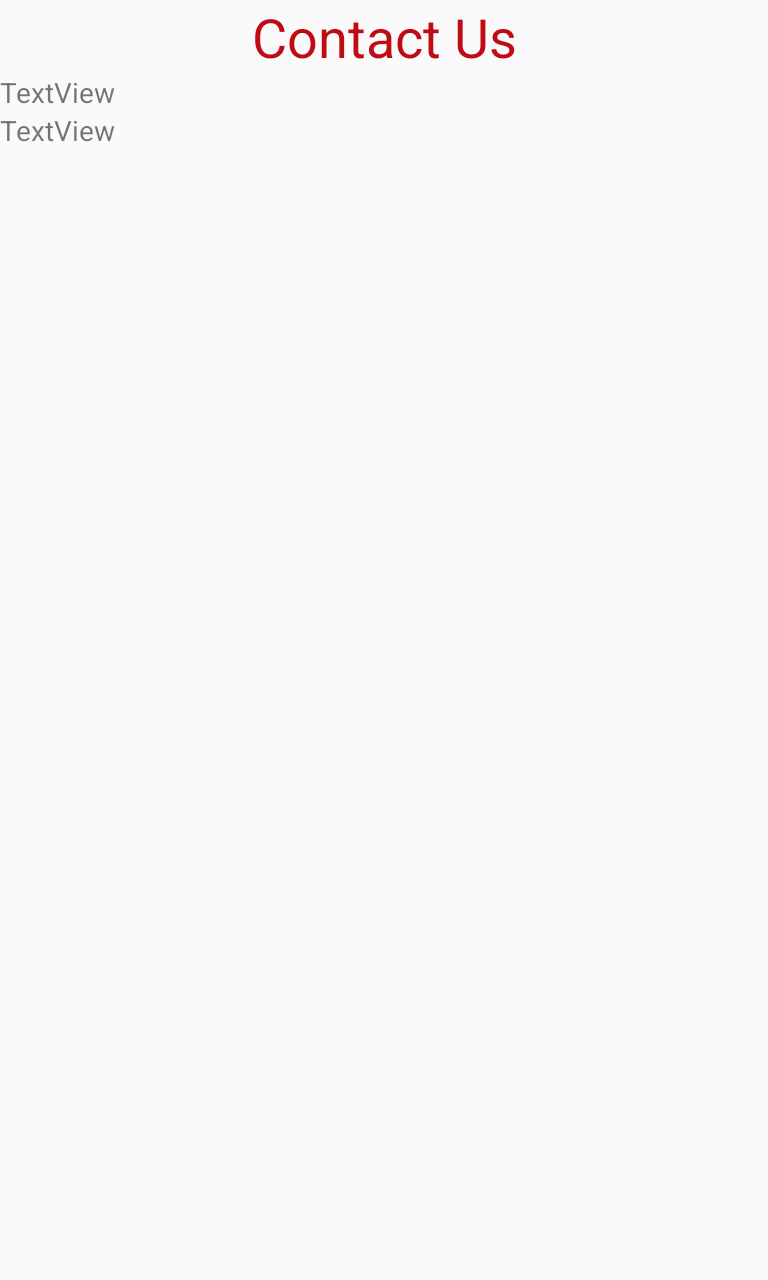
Repository: adarshnair13/message
Layout: myproject/res/layout/adarsh4.xml
An editor plug-in stored every save of this project. The layout is shown before and after the next save, followed by the edit.
It is drawn on a 768 x 1280 px phone screen (xhdpi) without system bars, with theme AppTheme; the app's code is not run.

Above is the layout before, as saved 2015-04-17 07:27:08.

### myproject/res/layout/adarsh4.xml
<?xml version="1.0" encoding="utf-8"?>
<LinearLayout xmlns:android="http://schemas.android.com/apk/res/android"
    android:layout_width="match_parent"
    android:layout_height="match_parent"
    android:orientation="vertical" >

    <TextView
        android:id="@+id/textView1"
        android:layout_width="match_parent"
        android:layout_height="wrap_content"
        android:text="Contact Us"
          android:gravity="center"
        android:textSize="27dp"
        android:textColor="#BF0B14" />

    <TextView
        android:id="@+id/textView2"
        android:layout_width="wrap_content"
        android:layout_height="wrap_content"
        android:text="TextView" />

    <TextView
        android:id="@+id/textView3"
        android:layout_width="wrap_content"
        android:layout_height="wrap_content"
        android:text="TextView" />

</LinearLayout>

Loaded but not shown: myproject/res/values/styles.xml (common file); myproject/res/values-v11/styles.xml (common file); myproject/res/values-v14/styles.xml (common file)

After the next save:
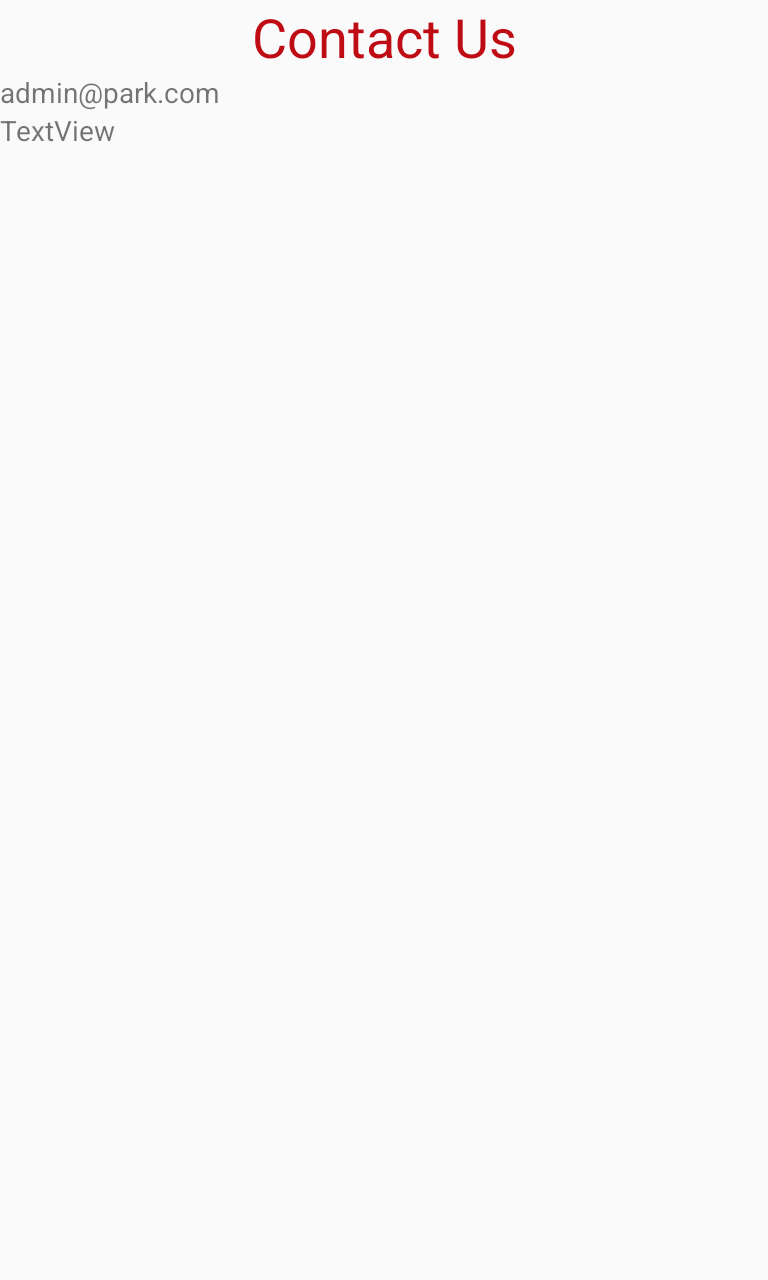
Saved 58 s later.
--- a/myproject/res/layout/adarsh4.xml
+++ b/myproject/res/layout/adarsh4.xml
@@ -17,7 +17,7 @@
         android:id="@+id/textView2"
         android:layout_width="wrap_content"
         android:layout_height="wrap_content"
-        android:text="TextView" />
+        android:text="admin@park.com" />
 
     <TextView
         android:id="@+id/textView3"
